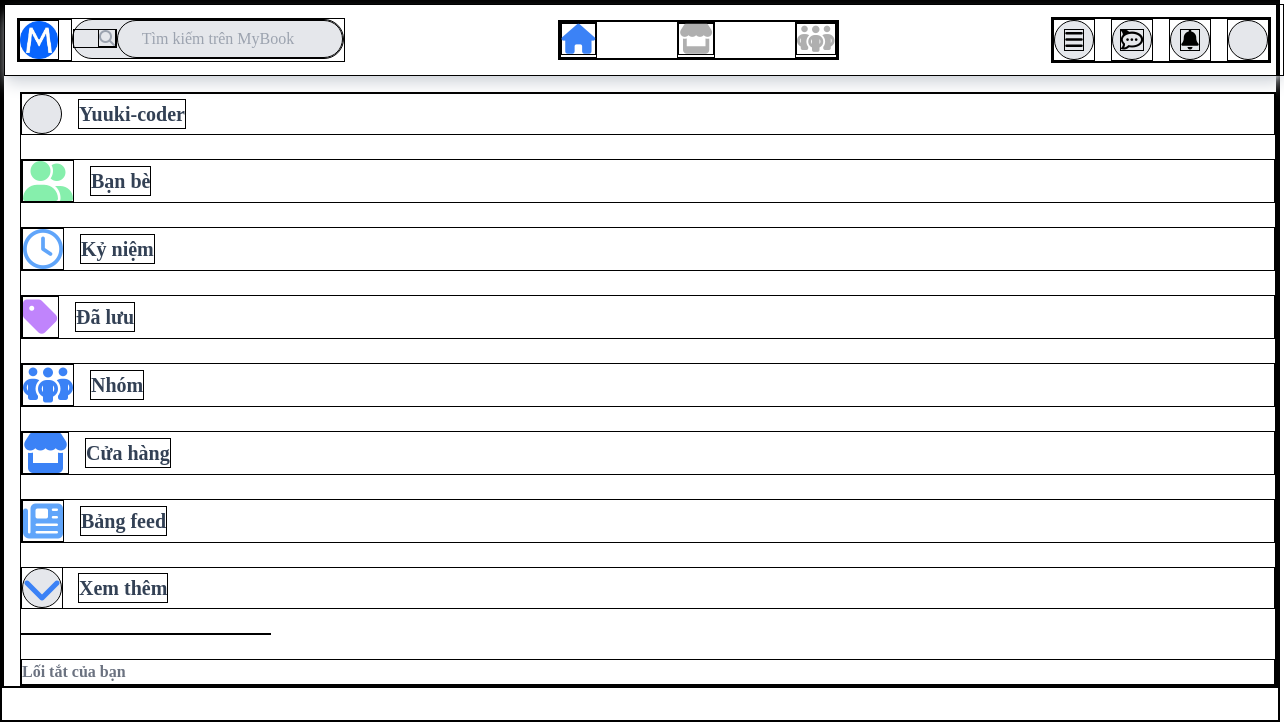
Repository: Yuukicoder/MyBook
Page: / (app in mybook/)
An editor plug-in stored every save of this project. The page is shown before and after the next save, followed by the edit.
The browser window is 1280 px wide. The page is 1284 px wide, so the pictures cover 1284 px, including what lies to the right of the window. The pictures show the whole page.
The project was rebuilt for these pictures with package versions that can differ from the ones it lists, and the page was loaded fresh each time.

Above is the page before, as saved 2023-12-13 19:12:06.

### mybook/src/index.js
import React from 'react';
import ReactDOM from 'react-dom/client';
import './index.css';
import App from './App';
import reportWebVitals from './reportWebVitals';

const root = ReactDOM.createRoot(document.getElementById('root'));
root.render(
  <React.StrictMode >
  <App / >
  </React.StrictMode>
);

// If you want to start measuring performance in your app, pass a function
// to log results (for example: reportWebVitals(console.log))
// or send to an analytics endpoint. Learn more: https://bit.ly/CRA-vitals
reportWebVitals();

### mybook/src/index.css
@tailwind base;
@tailwind components;
@tailwind utilities;
  @import url('https://fonts.googleapis.com/css2?family=Arima:wght@100;200;300;400;500;700&display=swap');
*{
  margin: 0;
  padding: 0;
  box-sizing: border-box;
  font-family: Arima;
  border: 1px solid black;
}
body{
  width: 100%;
  height: 100vh;
}

### mybook/src/App.js
import './App.css';
import '@fortawesome/fontawesome-free/css/all.min.css';
import Navbar from './Navbar'
import Option from './Option'
 var App = () =>
(
    <div class="">
        <Navbar/>
        <Option name="Yuuki-coder"/>

    </div>
)

export default App;

### mybook/src/App.css
:root{
  --text-color: rgb(175, 175, 175);
  --bg-icon-color: #e5e7eb;
}
.avatar{
  width: 40px;
  height: 40px;
  background-color: var(--bg-icon-color);
  border-radius: 50%;
  display: flex;
  align-items: center;
  justify-content: center;
}

### mybook/src/Navbar.js
import './Navbar.css'
import '@fortawesome/fontawesome-free/css/all.min.css';

var Navbar = () =>(


    <div class="flex items-center justify-between  w-screen py-3 px-3  shadow-lg shadow-gray-300">
        <div class="flex">

    <div class="Navbar_icon pr-3">
        <img class="w-10 h-10" src='iconMyBook.png' alt=""></img>
    </div>
    <div class="Navbar_search h-10 bg-gray-200 rounded-3xl">
        <label class=" text-center h-full pl-6"for="">
    <i class="fa-solid fa-magnifying-glass text-gray-400" ></i>
        </label>

        <input class="rounded-3xl text-center h-full pr-6 bg-gray-200" type="text" placeholder="Tìm kiếm trên MyBook"></input>
        </div>

    </div>
    <div class="  Navbar_selection">
        <ul class="flex gap-20">
            <li>
            <i class="fa-solid fa-house text-blue-500"></i>
            </li>
            <li>
            <i class="fa-solid fa-store"></i>
            </li>
            <li> <i class="fa-solid fa-people-group"></i></li>
        </ul>
    </div>
    <div class="Navbar_option">
        <ul class="flex gap-4 items-center">
            <li>
            <div class="avatar">

                <i class="fa-solid fa-bars"></i>
            </div>
                </li>
            <li>
            <div class="avatar">

                <i class="fa-brands fa-rocketchat"></i>
            </div>
                </li>
            <li>
            <div class="avatar">

                <i class="fa-solid fa-bell"></i>
            </div>
                </li>
            <li><div class="avatar"></div></li>
        </ul>
    </div>
    </div>
)
export default Navbar;

### mybook/src/Option.js
import './Option.css'
var Option = (x) => (
    <div class="mt-4 ml-4  grid gap-6">

    <div class="flex gap-4 items-center box ">
        <div class="avatar">
        </div>
        <p class="font-semibold text-xl text-slate-700">{x.name}</p>

    </div>
    <div class="flex gap-4 items-center box">
    <i class="fa-solid fa-user-group text-green-300"></i>
        <p class="font-semibold text-xl text-slate-700">Bạn bè</p>

    </div>
    <div class="flex gap-4 items-center box ">
    <i class="fa-regular fa-clock text-blue-400"></i>
        <p class="font-semibold text-xl text-slate-700">Kỷ niệm</p>

    </div>
    <div class="flex gap-4 items-center box ">
    <i class="fa-solid fa-tag text-purple-400"></i>
        <p class="font-semibold text-xl text-slate-700">Đã lưu</p>

    </div>
    <div class="flex gap-4 items-center box ">
    <i class="fa-solid fa-people-group text-blue-500"></i>
        <p class="font-semibold text-xl text-slate-700">Nhóm</p>

    </div>
    <div class="flex gap-4 items-center box ">
    <i class="fa-solid fa-store text-blue-500"></i>
        <p class="font-semibold text-xl text-slate-700">Cửa hàng</p>

    </div>
    <div class="flex gap-4 items-center box ">
        <i class="fa-solid fa-newspaper text-blue-400"></i>
        <p class="font-semibold text-xl text-slate-700">Bảng feed</p>

    </div>
    <div class="flex gap-4 items-center box ">
        <div class="avatar">

    <i class="fa-solid fa-chevron-down text-blue-500 "></i>
        </div>
        <p class="font-semibold text-xl text-slate-700">Xem thêm</p>

    </div>
    <div class="line"></div>
    <p class="text-base font-semibold text-gray-500">Lối tắt của bạn</p>
    </div>
)
export default Option

### mybook/src/Navbar.css
:root{
    --text-color: rgb(175, 175, 175);
    --bg-icon-color: #e5e7eb;
  }
  ul i{
  color: var(--text-color);
  font-size: 30px;
  }

  .Navbar_option ul li i{
    color: black;
  font-size: 20px;

  }

### mybook/src/Option.css

.box i{
    font-size: 40px;
}
.line{
    width: 250px;
    height: 1px;
    background-color: grey;
}

### mybook/tailwind.config.js
/** @type {import('tailwindcss').Config} */
module.exports = {
  content: [
    "./src/**/*.{js,jsx,ts,tsx}",
  ],
  theme: {
    extend: {},
    color:{
      'text-grey':'#9ca9c9'
    }
  },
  plugins: [],
}

Loaded but not shown: mybook/public/index.html (common file); mybook/src/reportWebVitals.js (common file)

After the next save:
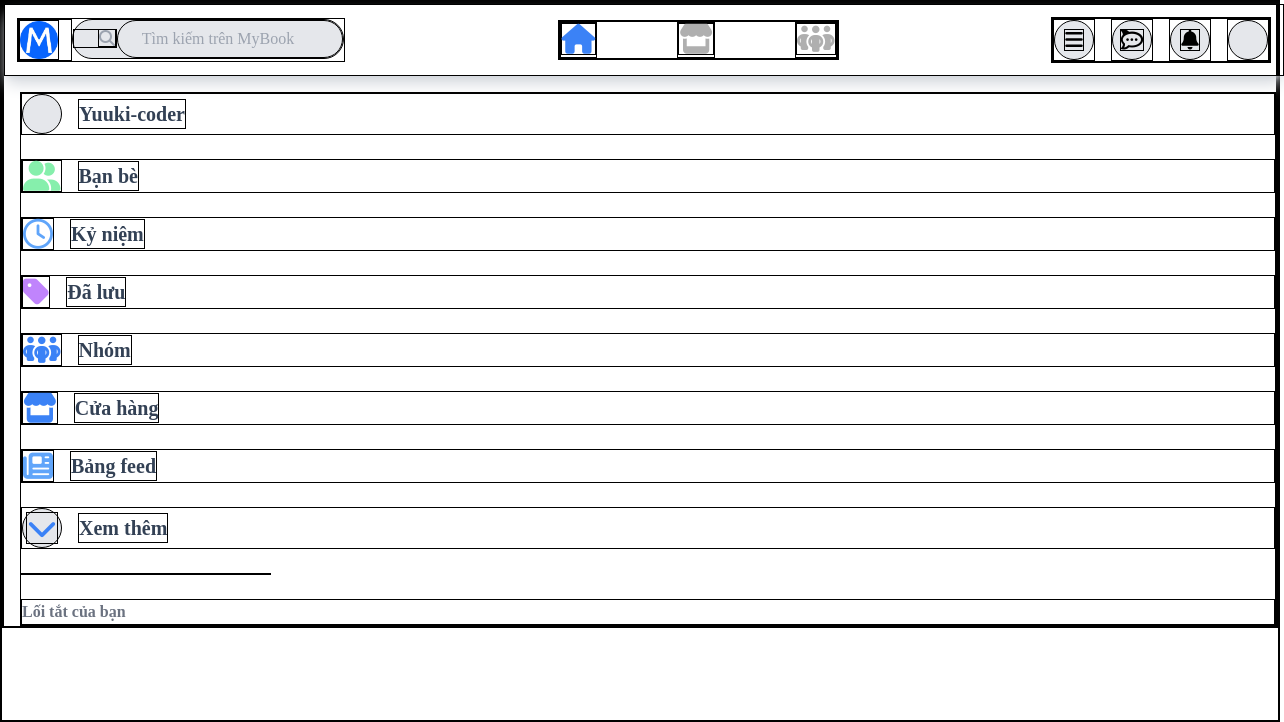
Saved 8 s later.
--- a/mybook/src/Option.css
+++ b/mybook/src/Option.css
@@ -1,6 +1,6 @@
 
 .box i{
-    font-size: 40px;
+    font-size: 30px;
 }
 .line{
     width: 250px;

After the save that followed:
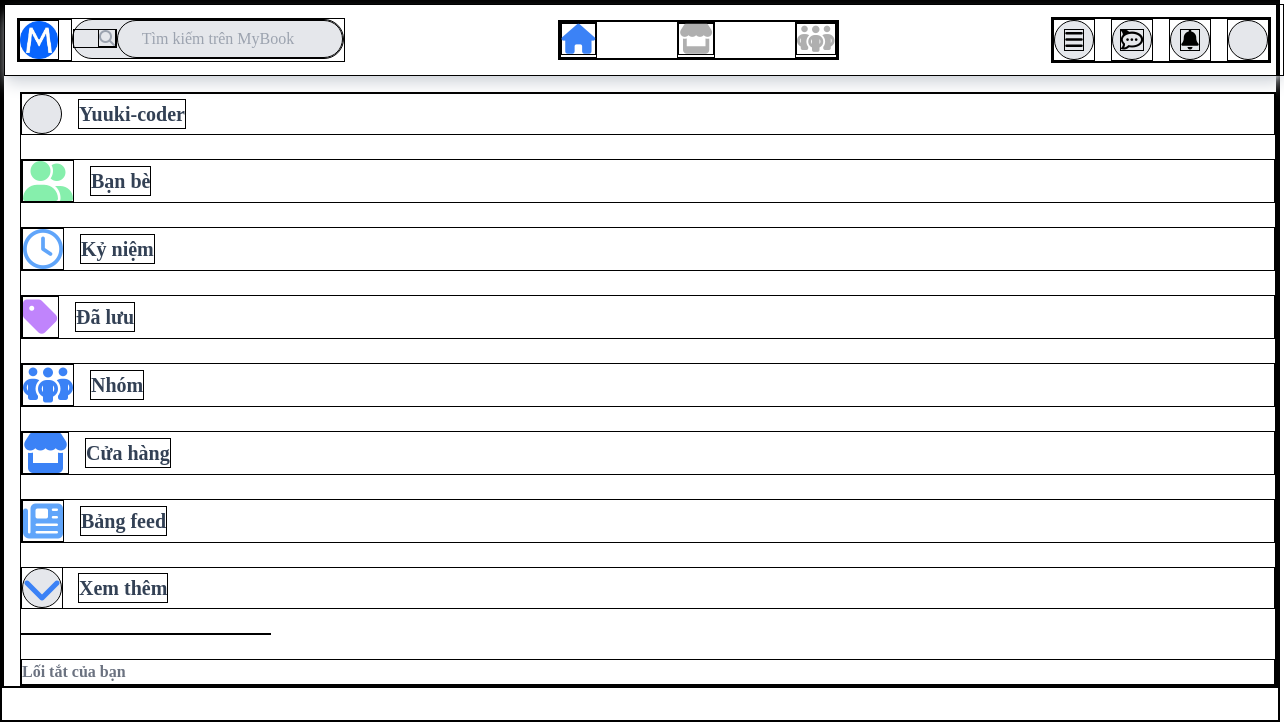
Saved 10 s later.
--- a/mybook/src/Option.css
+++ b/mybook/src/Option.css
@@ -1,6 +1,6 @@
 
 .box i{
-    font-size: 30px;
+    font-size: 40px;
 }
 .line{
     width: 250px;
